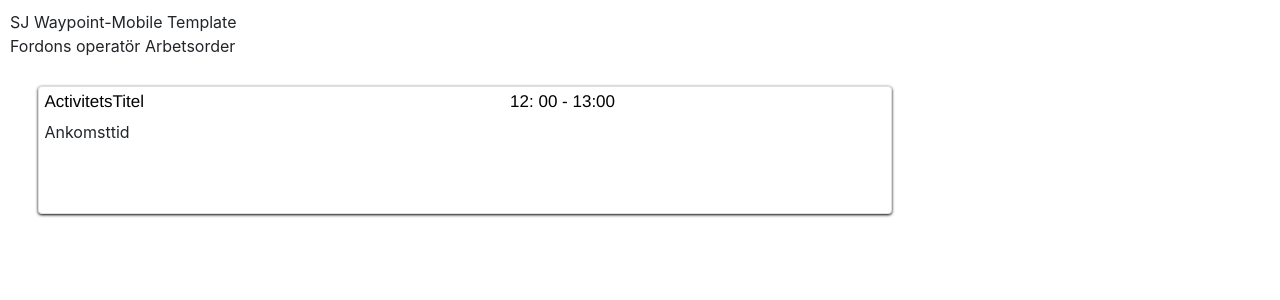
Repository: AdrianaLarsson/yarn-next-typescript
Page: /
The author's editor kept a copy of each file at every save. The page is drawn from the files as they stood at one save, then again after a run of saves.
The browser window is 1280 px wide. The pictures show the whole page.
The project was rebuilt for these pictures with package versions that can differ from the ones it lists, and the page was loaded fresh each time. The framework's server and built-in components were replaced by stand-ins that run in the browser.

Above is the page before, as saved 2021-03-01 08:06:42.

After the next 4 saves:
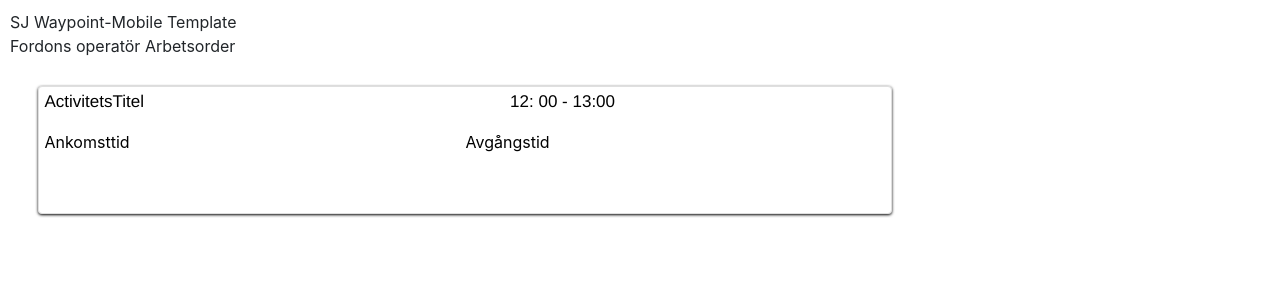
The 4 saves are shown as one change because they came seconds apart.
The last was saved 40 s later.
--- a/components/WorkOrderVehicleOperator/vehicleopreator.tsx
+++ b/components/WorkOrderVehicleOperator/vehicleopreator.tsx
@@ -25,11 +25,11 @@ function vehicleOpreator() {
           <B4>ActivitetsTitel</B4>
           <B4 style={{ fontSize: "17px" }}>12: 00 - 13:00</B4>
         </GridTitle>
-        Ankomsttid
-       {/*  <GridBody>
+
+       {  <GridBody>
         <H2>Ankomsttid</H2>
         <H2>Avgångstid</H2>
-        </GridBody> */}
+        </GridBody> }
       </StyledCard>
 
 
